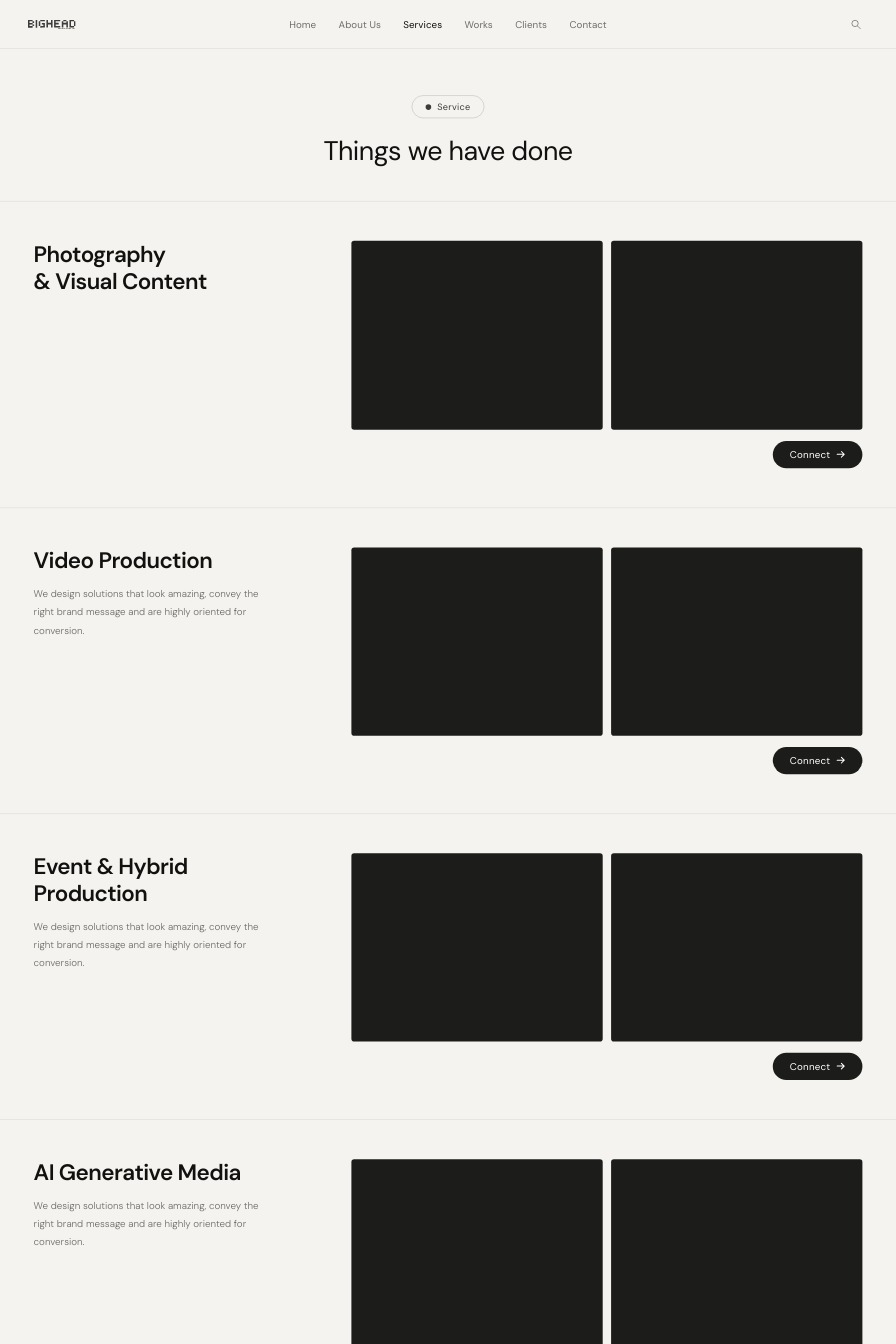
Repository: tony4a09-creator/claude-website
Page: services.html
An editor plug-in stored every save of this project. The page is shown before and after the next save, followed by the edit.
The browser window is 1280 px wide. The pictures show the part of the page from y = 0 to 1920 px (the page is 3287 px tall), at 70% of full size.

Above is the page before, as saved 2026-06-24 18:30:03.

### services.html
<!DOCTYPE html>
<html lang="en">
<head>
  <meta charset="UTF-8" />
  <meta name="viewport" content="width=device-width, initial-scale=1.0" />
  <title>Services — Bighead Productions Ltd</title>
  <link rel="preconnect" href="https://fonts.googleapis.com" />
  <link rel="preconnect" href="https://fonts.gstatic.com" crossorigin />
  <link href="https://fonts.googleapis.com/css2?family=DM+Sans:ital,opsz,wght@0,9..40,300;0,9..40,400;0,9..40,500;0,9..40,600;1,9..40,300&display=swap" rel="stylesheet" />
  <style>
    *, *::before, *::after { box-sizing: border-box; margin: 0; padding: 0; }

    :root {
      --black:   #111110;
      --dark:    #1c1c1b;
      --mid:     #3c3c3c;
      --muted:   #6b6b6a;
      --border:  #e2e0db;
      --light:   #f5f3ef;
      --white:   #ffffff;
      --accent:  #d4c9b0;
      --fs-xs:   0.72rem;
      --fs-sm:   0.875rem;
      --fs-base: 1rem;
      --fs-md:   1.125rem;
      --fs-lg:   1.5rem;
      --ease:    cubic-bezier(0.16, 1, 0.3, 1);
    }

    html { scroll-behavior: smooth; font-size: 16px; }
    body {
      font-family: 'DM Sans', sans-serif;
      background: var(--light);
      color: var(--black);
      overflow-x: hidden;
      hyphens: none;
    }

    /* ── Reveal ── */
    .reveal {
      opacity: 0;
      transform: translateY(24px);
      transition: opacity 0.85s var(--ease), transform 0.85s var(--ease);
    }
    .reveal.visible { opacity: 1; transform: none; }
    .d1 { transition-delay: 0.1s; }
    .d2 { transition-delay: 0.22s; }
    .d3 { transition-delay: 0.36s; }
    .d4 { transition-delay: 0.5s; }

    /* ══ NAV ══════════════════════════════════════════════════ */
    nav {
      position: fixed; top: 0; left: 0; right: 0; z-index: 900;
      display: grid; grid-template-columns: 1fr auto 1fr;
      align-items: center;
      padding: 1.1rem 2.5rem;
      background: var(--light);
      border-bottom: 1px solid var(--border);
      transition: padding 0.4s var(--ease);
    }
    nav.compact { padding: 0.75rem 2.5rem; }

    .nav-logo { display: flex; align-items: center; }
    .nav-logo img { height: 14px; display: block; transition: opacity 0.3s; }
    .nav-logo:hover img { opacity: 0.45; }

    .nav-links {
      display: flex; align-items: center; gap: 2rem; list-style: none;
      justify-content: center;
    }
    .nav-links a {
      color: rgba(0,0,0,0.55); font-size: 0.875rem; font-weight: 400;
      letter-spacing: 0.005em; text-decoration: none;
      transition: color 0.25s;
    }
    .nav-links a:hover { color: var(--black); }
    .nav-links a.active { color: var(--black); }

    .nav-right {
      display: flex; align-items: center; gap: 1.25rem; justify-content: flex-end;
    }
    .nav-search {
      width: 34px; height: 34px; display: flex; align-items: center; justify-content: center;
      color: rgba(0,0,0,0.45); cursor: pointer; transition: color 0.25s;
      background: none; border: none;
    }
    .nav-search:hover { color: var(--black); }
    .nav-btn {
      display: inline-flex; align-items: center; gap: 0.35rem;
      padding: 0.6rem 2.2rem;
      background: transparent; color: var(--black) !important;
      border: 1.5px solid rgba(0,0,0,0.25);
      border-radius: 100px; font-size: 0.875rem !important;
      font-weight: 400; letter-spacing: 0.01em !important;
      transition: background 0.25s, border-color 0.25s !important;
      text-decoration: none;
    }
    .nav-btn:hover { background: var(--black); color: var(--white) !important; border-color: var(--black); }

    /* ══ PAGE HEADER ══════════════════════════════════════════ */
    .page-header {
      padding-top: 80px;
      text-align: center;
      padding-bottom: 0;
    }

    .services-pill {
      display: inline-flex; align-items: center; gap: 0.55rem;
      padding: 0.45rem 1.15rem;
      border: 1px solid rgba(0,0,0,0.18);
      border-radius: 100px;
      font-size: 0.82rem; letter-spacing: 0.03em;
      color: var(--mid);
      margin-top: 3.5rem;
      margin-bottom: 1.5rem;
    }
    .services-pill-dot {
      width: 8px; height: 8px;
      background: var(--mid);
      border-radius: 50%; flex-shrink: 0;
    }
    .services-heading {
      font-size: clamp(1.6rem, 3vw, 2.4rem);
      font-weight: 400;
      letter-spacing: -0.02em;
      color: var(--black);
      line-height: 1.2;
      margin-bottom: 0;
    }

    /* ══ SERVICES LIST ════════════════════════════════════════ */
    .services-list {
      margin-top: 3rem;
    }

    .svc-row {
      display: grid;
      grid-template-columns: 1fr 1.8fr;
      gap: 3rem;
      padding: 3.5rem 3rem;
      border-top: 1px solid var(--border);
      position: relative;
    }
    .svc-row:last-child { border-bottom: 1px solid var(--border); }

    /* Left: text */
    .svc-text { display: flex; flex-direction: column; }
    .svc-name {
      font-size: clamp(1.4rem, 2.5vw, 2rem);
      font-weight: 600;
      letter-spacing: -0.025em;
      line-height: 1.2;
      color: var(--black);
      margin-bottom: 1rem;
    }
    .svc-desc {
      font-size: var(--fs-sm);
      font-weight: 300;
      line-height: 1.85;
      color: var(--muted);
      max-width: 340px;
      flex: 1;
    }

    /* Right: images + CTA */
    .svc-visual {
      display: flex;
      flex-direction: column;
      gap: 1rem;
    }
    .svc-images {
      display: grid;
      grid-template-columns: 1fr 1fr;
      gap: 0.75rem;
    }
    .svc-img-box {
      background: var(--dark);
      border-radius: 4px;
      aspect-ratio: 4 / 3;
      overflow: hidden;
      position: relative;
    }
    .svc-img-box img {
      width: 100%; height: 100%;
      object-fit: cover; display: block;
      transition: transform 0.7s var(--ease);
    }
    .svc-row:hover .svc-img-box img { transform: scale(1.04); }

    .svc-cta-row {
      display: flex;
      justify-content: flex-end;
    }
    .svc-cta {
      display: inline-flex; align-items: center; gap: 0.5rem;
      padding: 0.65rem 1.5rem;
      background: var(--dark);
      border-radius: 100px;
      color: var(--white); font-size: var(--fs-sm);
      text-decoration: none; letter-spacing: 0.02em;
      transition: background 0.3s, gap 0.3s;
    }
    .svc-cta:hover { background: var(--black); gap: 0.75rem; }
    .svc-cta svg { flex-shrink: 0; }

    /* ══ FOOTER ═══════════════════════════════════════════════ */
    footer {
      background: var(--light);
      border-top: 1px solid rgba(0,0,0,0.07);
      padding: 4rem 3rem 0;
    }
    .footer-top {
      display: grid; grid-template-columns: 1fr 1fr;
      gap: 3rem; margin-bottom: 3.5rem;
    }
    .footer-col ul { list-style: none; display: flex; flex-direction: column; gap: 0.6rem; }
    .footer-col ul a {
      color: rgba(0,0,0,0.5); font-size: var(--fs-sm); font-weight: 300;
      text-decoration: none; transition: color 0.25s;
    }
    .footer-col ul a:hover { color: var(--black); }

    .footer-social-list { list-style: none; display: flex; flex-direction: column; gap: 0; }
    .footer-social-list li { border-bottom: 1px solid rgba(0,0,0,0.08); }
    .footer-social-list li:first-child { border-top: 1px solid rgba(0,0,0,0.08); }
    .footer-social-list a {
      display: flex; align-items: center; gap: 0.75rem;
      padding: 0.7rem 0;
      color: var(--black); font-size: var(--fs-sm); font-weight: 300;
      text-decoration: none; transition: opacity 0.25s;
    }
    .footer-social-list a:hover { opacity: 0.55; }
    .footer-social-list .soc-icon {
      width: 22px; height: 22px; flex-shrink: 0;
      display: flex; align-items: center; justify-content: center;
    }
    .footer-social-list .soc-icon img {
      width: 18px; height: 18px; display: block;
      filter: brightness(0);
    }
    .footer-social-list .soc-label { flex: 1; }
    .footer-social-list .soc-arrow { font-size: 0.75rem; opacity: 0.4; }

    .footer-bottom {
      display: flex; align-items: center; justify-content: space-between;
      padding: 1.5rem 0;
      border-top: 1px solid rgba(0,0,0,0.08);
    }
    .footer-copy { font-size: var(--fs-xs); color: rgba(0,0,0,0.3); letter-spacing: 0.04em; }
    .footer-up {
      width: 32px; height: 32px; border-radius: 50%;
      background: var(--black); color: var(--white);
      display: flex; align-items: center; justify-content: center;
      text-decoration: none; flex-shrink: 0; transition: opacity 0.25s;
    }
    .footer-up:hover { opacity: 0.7; }
    .footer-up svg { display: block; }

    /* ══ HAMBURGER ════════════════════════════════════════════ */
    .nav-hamburger {
      display: none;
      flex-direction: column; justify-content: center; align-items: center;
      gap: 5px;
      width: 34px; height: 34px;
      background: none; border: none; cursor: pointer;
      padding: 0; margin-left: auto;
    }
    .nav-hamburger span {
      display: block; width: 20px; height: 1.5px;
      background: var(--black);
      transition: transform 0.3s var(--ease), opacity 0.3s;
      transform-origin: center;
    }
    .nav-hamburger.open span:nth-child(1) { transform: translateY(6.5px) rotate(45deg); }
    .nav-hamburger.open span:nth-child(2) { opacity: 0; }
    .nav-hamburger.open span:nth-child(3) { transform: translateY(-6.5px) rotate(-45deg); }

    /* Mobile nav drawer */
    .mobile-menu {
      display: none;
      position: fixed; top: 0; left: 0; right: 0; bottom: 0;
      background: var(--white);
      z-index: 800;
      flex-direction: column; justify-content: center; align-items: center;
      gap: 0;
      opacity: 0;
      transition: opacity 0.3s var(--ease);
    }
    .mobile-menu.open { opacity: 1; }
    .mobile-menu a {
      display: block; width: 100%;
      padding: 1.25rem 2.5rem;
      font-size: 1.5rem; font-weight: 300; letter-spacing: -0.01em;
      color: var(--black); text-decoration: none;
      border-bottom: 1px solid var(--border);
      transition: color 0.2s;
    }
    .mobile-menu a:first-child { border-top: 1px solid var(--border); }
    .mobile-menu a:hover { color: var(--muted); }

    /* ══ RESPONSIVE ═══════════════════════════════════════════ */
    @media (max-width: 960px) {
      nav { padding: 1.2rem 1.5rem; }
      .nav-links { display: none; }
      .nav-hamburger { display: flex; }
      .svc-row {
        grid-template-columns: 1fr;
        gap: 2rem;
        padding: 2.5rem 1.5rem;
      }
      .svc-desc { max-width: 100%; }
      footer { padding: 3rem 1.5rem 0; }
      .footer-top { grid-template-columns: 1fr 1fr; gap: 2rem; }
    }
    @media (max-width: 580px) {
      .svc-images { grid-template-columns: 1fr; }
      .footer-top { grid-template-columns: 1fr; }
      .footer-social-list { border-top: none; }
    }
  </style>
</head>
<body>

  <!-- ══ NAV ══════════════════════════════════════════════════ -->
  <nav id="nav">
    <a href="index.html" class="nav-logo" aria-label="Bighead Productions home">
      <img src="Brand_assets/bighead-logo.svg" alt="Bighead Productions" height="14">
    </a>

    <ul class="nav-links">
      <li><a href="index.html">Home</a></li>
      <li><a href="about.html">About Us</a></li>
      <li><a href="services.html" class="active">Services</a></li>
      <li><a href="index.html#projects">Works</a></li>
      <li><a href="clients.html">Clients</a></li>
      <li><a href="contact.html">Contact</a></li>
    </ul>

    <div class="nav-right">
      <button class="nav-search" aria-label="Search">
        <svg width="16" height="16" viewBox="0 0 16 16" fill="none" aria-hidden="true">
          <circle cx="6.5" cy="6.5" r="4.5" stroke="currentColor" stroke-width="1.3"/>
          <path d="M10.5 10.5 14 14" stroke="currentColor" stroke-width="1.3" stroke-linecap="round"/>
        </svg>
      </button>
      <button class="nav-hamburger" id="hamburger" aria-label="Toggle menu" aria-expanded="false">
        <span></span><span></span><span></span>
      </button>
    </div>
  </nav>

  <!-- ══ MOBILE MENU ══════════════════════════════════════════ -->
  <div class="mobile-menu" id="mobileMenu" aria-hidden="true">
    <a href="index.html" onclick="closeMobileMenu()">Home</a>
    <a href="about.html" onclick="closeMobileMenu()">About Us</a>
    <a href="services.html" onclick="closeMobileMenu()">Services</a>
    <a href="works.html" onclick="closeMobileMenu()">Works</a>
    <a href="clients.html" onclick="closeMobileMenu()">Clients</a>
    <a href="contact.html" onclick="closeMobileMenu()">Contact</a>
  </div>

  <!-- ══ PAGE HEADER ══════════════════════════════════════════ -->
  <header class="page-header">
    <div class="services-pill reveal">
      <span class="services-pill-dot"></span>
      Service
    </div>
    <h1 class="services-heading reveal d1">Things we have done</h1>
  </header>

  <!-- ══ SERVICES LIST ════════════════════════════════════════ -->
  <main class="services-list">

    <!-- 01 Photography & Visual Content -->
    <div class="svc-row reveal">
      <div class="svc-text">
        <h2 class="svc-name">Photography<br>&amp; Visual Content</h2>
      </div>
      <div class="svc-visual">
        <div class="svc-images">
          <div class="svc-img-box"></div>
          <div class="svc-img-box"></div>
        </div>
        <div class="svc-cta-row">
          <a href="contact.html" class="svc-cta">
            Connect
            <svg width="14" height="14" viewBox="0 0 14 14" fill="none" aria-hidden="true">
              <path d="M2 7h10M8 3l4 4-4 4" stroke="currentColor" stroke-width="1.5" stroke-linecap="round" stroke-linejoin="round"/>
            </svg>
          </a>
        </div>
      </div>
    </div>

    <!-- 02 Video Production -->
    <div class="svc-row reveal">
      <div class="svc-text">
        <h2 class="svc-name">Video Production</h2>
        <p class="svc-desc">We design solutions that look amazing, convey the right brand message and are highly oriented for conversion.</p>
      </div>
      <div class="svc-visual">
        <div class="svc-images">
          <div class="svc-img-box"></div>
          <div class="svc-img-box"></div>
        </div>
        <div class="svc-cta-row">
          <a href="contact.html" class="svc-cta">
            Connect
            <svg width="14" height="14" viewBox="0 0 14 14" fill="none" aria-hidden="true">
              <path d="M2 7h10M8 3l4 4-4 4" stroke="currentColor" stroke-width="1.5" stroke-linecap="round" stroke-linejoin="round"/>
            </svg>
          </a>
        </div>
      </div>
    </div>

    <!-- 03 Event & Hybrid Production -->
    <div class="svc-row reveal">
      <div class="svc-text">
        <h2 class="svc-name">Event &amp; Hybrid<br>Production</h2>
        <p class="svc-desc">We design solutions that look amazing, convey the right brand message and are highly oriented for conversion.</p>
      </div>
      <div class="svc-visual">
        <div class="svc-images">
          <div class="svc-img-box"></div>
          <div class="svc-img-box"></div>
        </div>
        <div class="svc-cta-row">
          <a href="contact.html" class="svc-cta">
            Connect
            <svg width="14" height="14" viewBox="0 0 14 14" fill="none" aria-hidden="true">
              <path d="M2 7h10M8 3l4 4-4 4" stroke="currentColor" stroke-width="1.5" stroke-linecap="round" stroke-linejoin="round"/>
            </svg>
          </a>
        </div>
      </div>
    </div>

    <!-- 04 AI Generative Media -->
    <div class="svc-row reveal">
      <div class="svc-text">
        <h2 class="svc-name">AI Generative Media</h2>
        <p class="svc-desc">We design solutions that look amazing, convey the right brand message and are highly oriented for conversion.</p>
      </div>
      <div class="svc-visual">
        <div class="svc-images">
          <div class="svc-img-box"></div>
          <div class="svc-img-box"></div>
        </div>
        <div class="svc-cta-row">
          <a href="contact.html" class="svc-cta">
            Connect
            <svg width="14" height="14" viewBox="0 0 14 14" fill="none" aria-hidden="true">
              <path d="M2 7h10M8 3l4 4-4 4" stroke="currentColor" stroke-width="1.5" stroke-linecap="round" stroke-linejoin="round"/>
            </svg>
          </a>
        </div>
      </div>
    </div>

    <!-- 05 Motion, Design & Animation -->
    <div class="svc-row reveal">
      <div class="svc-text">
        <h2 class="svc-name">Motion, Design<br>&amp; Animation</h2>
        <p class="svc-desc">We design solutions that look amazing, convey the right brand message and are highly oriented for conversion.</p>
      </div>
      <div class="svc-visual">
        <div class="svc-images">
          <div class="svc-img-box"></div>
          <div class="svc-img-box"></div>
        </div>
        <div class="svc-cta-row">
          <a href="contact.html" class="svc-cta">
            Connect
            <svg width="14" height="14" viewBox="0 0 14 14" fill="none" aria-hidden="true">
              <path d="M2 7h10M8 3l4 4-4 4" stroke="currentColor" stroke-width="1.5" stroke-linecap="round" stroke-linejoin="round"/>
            </svg>
          </a>
        </div>
      </div>
    </div>

    <!-- 06 Web / Interactive Media -->
    <div class="svc-row reveal">
      <div class="svc-text">
        <h2 class="svc-name">Web / Interactive<br>Media</h2>
        <p class="svc-desc">We design solutions that look amazing, convey the right brand message and are highly oriented for conversion.</p>
      </div>
      <div class="svc-visual">
        <div class="svc-images">
          <div class="svc-img-box"></div>
          <div class="svc-img-box"></div>
        </div>
        <div class="svc-cta-row">
          <a href="contact.html" class="svc-cta">
            Connect
            <svg width="14" height="14" viewBox="0 0 14 14" fill="none" aria-hidden="true">
              <path d="M2 7h10M8 3l4 4-4 4" stroke="currentColor" stroke-width="1.5" stroke-linecap="round" stroke-linejoin="round"/>
            </svg>
          </a>
        </div>
      </div>
    </div>

  </main>

  <!-- ══ FOOTER ═════════════════════════════════════════════════ -->
  <footer>
    <div class="footer-top">
      <div class="footer-col">
        <ul>
          <li><a href="index.html">Home</a></li>
          <li><a href="about.html">About Us</a></li>
          <li><a href="services.html">Services</a></li>
          <li><a href="index.html#projects">Works</a></li>
          <li><a href="clients.html">Clients</a></li>
          <li><a href="contact.html">Contact</a></li>
        </ul>
      </div>

      <div class="footer-col">
        <ul class="footer-social-list" aria-label="Social media">
          <li>
            <a href="https://vimeo.com/bigheadprods" target="_blank" rel="noopener noreferrer">
              <span class="soc-icon"><img src="assets/icon:/icon_Viemo.svg" alt="" width="18" height="18"></span>
              <span class="soc-label">Showreel</span>
              <span class="soc-arrow">→</span>
            </a>
          </li>
          <li>
            <a href="https://www.facebook.com/share/1FcQzPDWs8/?mibextid=wwXIfr" target="_blank" rel="noopener noreferrer">
              <span class="soc-icon"><img src="assets/icon:/icon_FB.svg" alt="" width="18" height="18"></span>
              <span class="soc-label">Facebook</span>
              <span class="soc-arrow">→</span>
            </a>
          </li>
          <li>
            <a href="https://www.instagram.com/bigheadproductionsltd?igsh=MXJkNHVxbGMwbjQ5cw==" target="_blank" rel="noopener noreferrer">
              <span class="soc-icon"><img src="assets/icon:/icon_IG.svg" alt="" width="18" height="18"></span>
              <span class="soc-label">Instagram</span>
              <span class="soc-arrow">→</span>
            </a>
          </li>
        </ul>
      </div>
    </div>

    <div class="footer-bottom">
      <p class="footer-copy">&copy; 2026 Bighead Productions Ltd. All rights reserved.</p>
      <a href="#" class="footer-up" aria-label="Back to top">
        <svg width="14" height="14" viewBox="0 0 14 14" fill="none" aria-hidden="true">
          <path d="M7 11.5V2.5M2.5 7 7 2.5 11.5 7" stroke="currentColor" stroke-width="1.3" stroke-linecap="round" stroke-linejoin="round"/>
        </svg>
      </a>
    </div>
  </footer>

  <!-- ══ JS ════════════════════════════════════════════════════ -->
  <script>
    // Hamburger menu
    const hamburger = document.getElementById('hamburger');
    const mobileMenu = document.getElementById('mobileMenu');

    function closeMobileMenu() {
      hamburger.classList.remove('open');
      hamburger.setAttribute('aria-expanded', 'false');
      mobileMenu.classList.remove('open');
      mobileMenu.setAttribute('aria-hidden', 'true');
      setTimeout(() => { mobileMenu.style.display = ''; }, 300);
      document.body.style.overflow = '';
    }

    hamburger.addEventListener('click', () => {
      const isOpen = hamburger.classList.contains('open');
      if (isOpen) {
        closeMobileMenu();
      } else {
        hamburger.classList.add('open');
        hamburger.setAttribute('aria-expanded', 'true');
        mobileMenu.style.display = 'flex';
        requestAnimationFrame(() => mobileMenu.classList.add('open'));
        mobileMenu.setAttribute('aria-hidden', 'false');
        document.body.style.overflow = 'hidden';
      }
    });

    // Nav compact on scroll
    const nav = document.getElementById('nav');
    window.addEventListener('scroll', () => {
      nav.classList.toggle('compact', window.scrollY > 60);
    }, { passive: true });

    // Scroll reveal
    const revealEls = document.querySelectorAll('.reveal');
    const io = new IntersectionObserver(entries => {
      entries.forEach(e => {
        if (e.isIntersecting) { e.target.classList.add('visible'); io.unobserve(e.target); }
      });
    }, { threshold: 0.1, rootMargin: '0px 0px -36px 0px' });
    revealEls.forEach(el => io.observe(el));

    // Header reveals immediately on load
    window.addEventListener('DOMContentLoaded', () => {
      document.querySelectorAll('.page-header .reveal').forEach((el, i) => {
        setTimeout(() => el.classList.add('visible'), 150 + i * 120);
      });
    });
  </script>
</body>
</html>

After the next save:
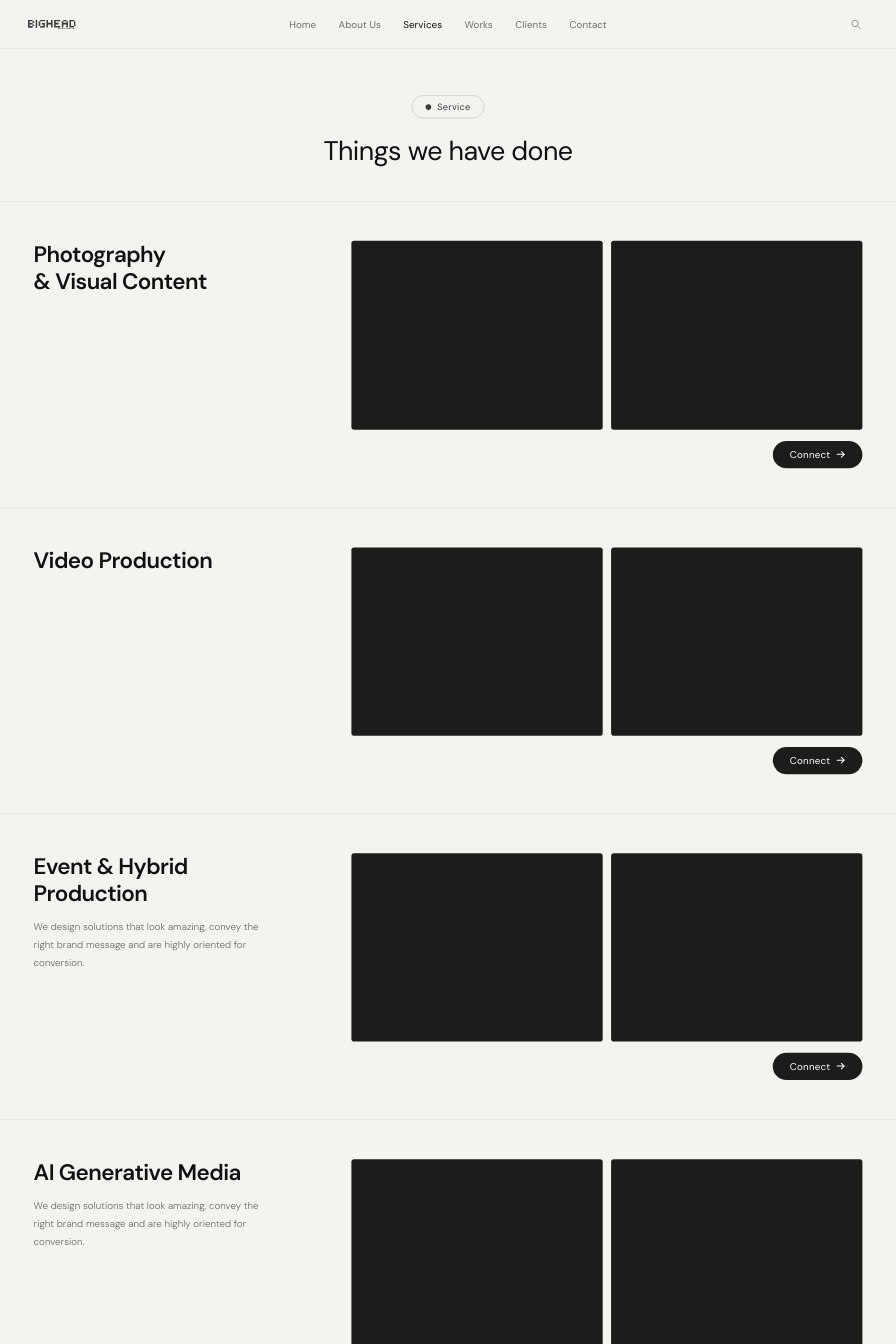
Saved 6 s later.
--- a/services.html
+++ b/services.html
@@ -396,7 +396,6 @@
     <div class="svc-row reveal">
       <div class="svc-text">
         <h2 class="svc-name">Video Production</h2>
-        <p class="svc-desc">We design solutions that look amazing, convey the right brand message and are highly oriented for conversion.</p>
       </div>
       <div class="svc-visual">
         <div class="svc-images">
